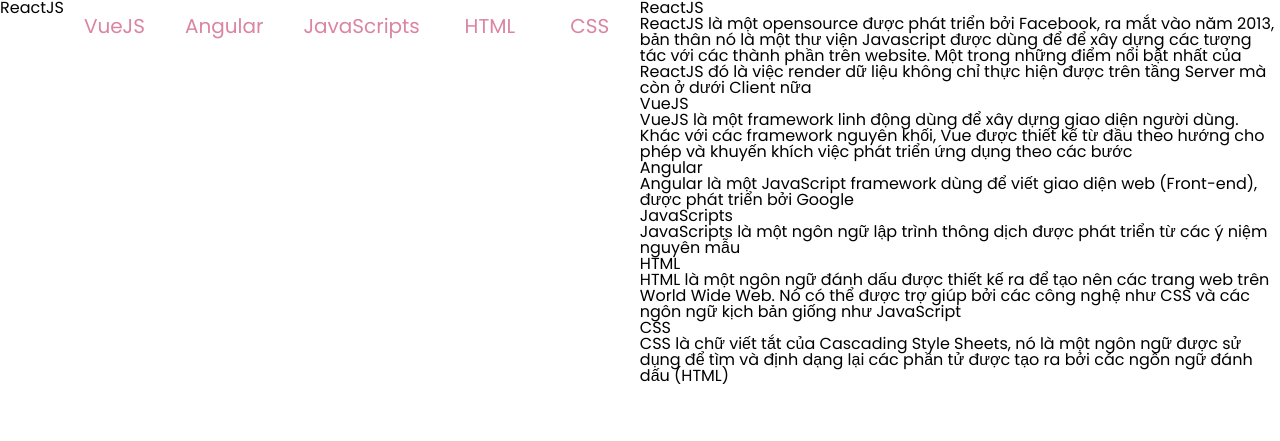
Repository: HoangLong0210/TabsUI
Page: index.html
An editor plug-in stored every save of this project. The page is shown before and after the next save, followed by the edit.
The browser window is 1280 px wide. The pictures show the whole page.

Above is the page before, as saved 2022-05-16 11:17:28.

After the next save:
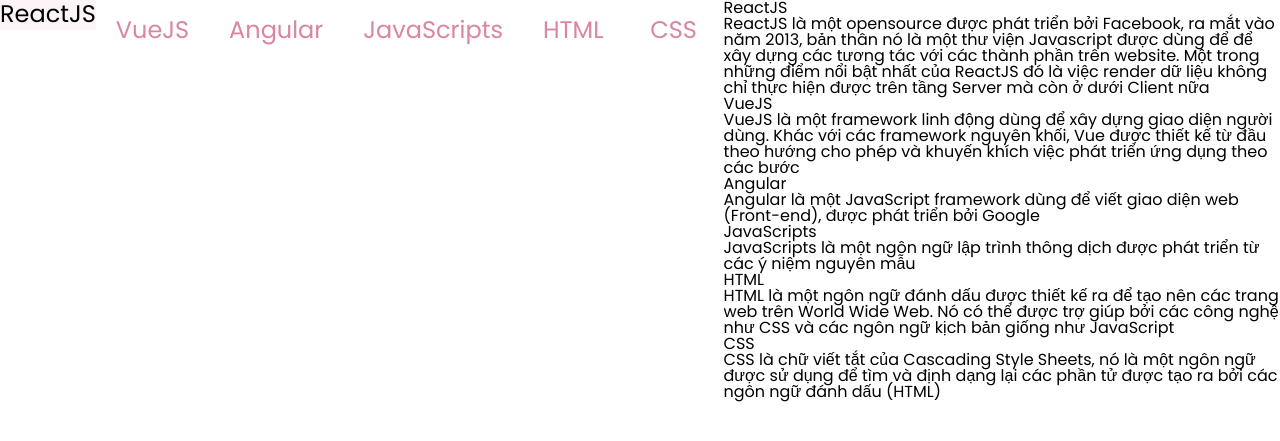
Saved 86 s later.
--- a/style.css
+++ b/style.css
@@ -1,46 +1,59 @@
 * {
-    padding: 0;
-    margin: 0;
-    box-sizing: border-box;
-  }
+  padding: 0;
+  margin: 0;
+  box-sizing: border-box;
+}
 
 html {
-    font-size: 62.5%;
+  font-size: 62.5%;
 }
 
 body {
-    display: flex;
-    font-family: 'Poppins', sans-serif;
-    font-size: 1.6rem;
+  display: flex;
+  font-family: "Poppins", sans-serif;
+  font-size: 1.6rem;
 }
 
 .tabs {
-    display: flex;
-    position: relative;
+  display: flex;
+  position: relative;
 }
 
 .tabs .line {
-    position: absolute;
-    left: 0;
-    bottom: 0;
-    width: 0;
-    height: 6px;
-    border-radius: 1.5rem;
-    background-color: #c23564;
-    transition: all 0.2s ease;
+  position: absolute;
+  left: 0;
+  bottom: 0;
+  width: 0;
+  height: 6px;
+  border-radius: 1.5rem;
+  background-color: #c23564;
+  transition: all 0.2s ease;
 }
 
 .tab__item {
-    min-width: 10rem;
-    padding: 16px 20px 10px 20px;
-    font-size: 2rem;
-    text-align: center;
-    color: #c23564;
-    background-color: #fff;
-    border-top-left-radius: 5px;
-    border-top-right-radius: 5px;
-    border-bottom: 5px solid transparent;
-    opacity: 0.6;
-    cursor: pointer;
-    transition: all 0.5s ease;
+  min-width: 10rem;
+  padding: 16px 20px 10px 20px;
+  font-size: 2rem;
+  text-align: center;
+  color: #c23564;
+  background-color: #fff;
+  border-top-left-radius: 5px;
+  border-top-right-radius: 5px;
+  border-bottom: 5px solid transparent;
+  opacity: 0.6;
+  cursor: pointer;
+  transition: all 0.5s ease;
 }
+
+.fab {
+  font-size: 24px;
+  width: 32px;
+  position: relative;
+  top: 2px;
+}
+
+.fab:hover {
+  opacity: 1;
+  background-color: rgba(194, 53, 100, 0.05);
+  border-color: rgba(194, 53, 100, 0.1);
+}
